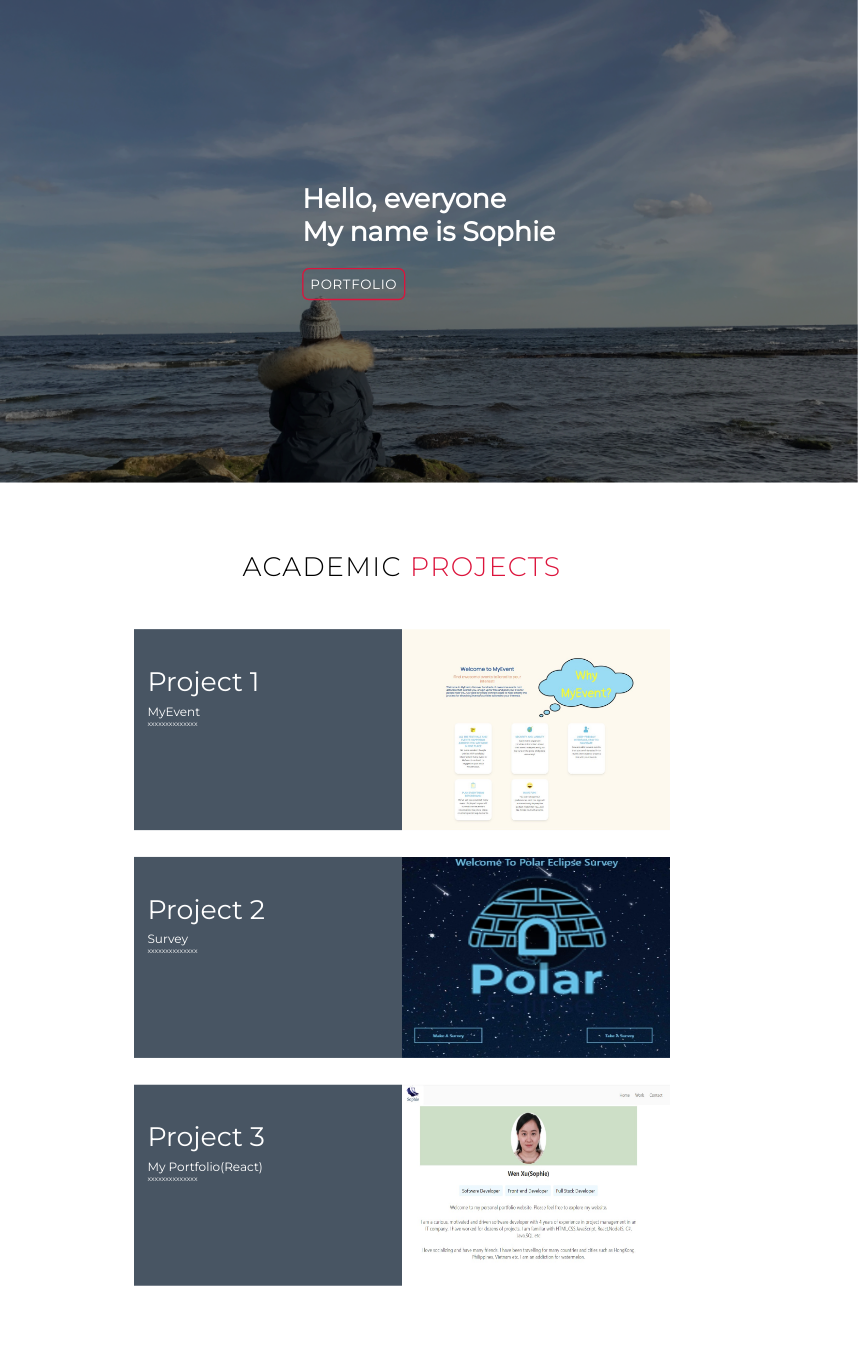
Repository: wenxi0504/StaticWebsite_Profolio
Page: index.html
An editor plug-in stored every save of this project. The page is shown before and after the next save, followed by the edit.
The browser window is 1280 px wide. The pictures show the whole page, at 67% of full size.

Above is the page before, as saved 2022-03-03 22:33:17.

### index.html
<!DOCTYPE html>
<html lang="en">
  <head>
    <meta charset="UTF-8" />
    <meta http-equiv="X-UA-Compatible" content="IE=edge" />
    <meta name="viewport" content="width=device-width, initial-scale=1.0" />
    <link rel="stylesheet" href="style.css" />
    <title>Portfolio</title>
  </head>
  <body>
    <!-- Introduction Section -->
    <section id="myIntro">
      <div class="myIntro container">
        <div class="card">
          <h1>Hello, everyone <span></span></h1>
          <h1>My name is Sophie <span></span></h1>
          <a href="#" type="button" class="cta">Portfolio</a>
        </div>
      </div>
    </section>
    <!-- End Introduction Section -->
    <!-- Projects Section -->
    <section id="projects">
      <div class="projects container">
        <div class="projects-header">
          <h1 class="section-title">Academic <span>Projects</span></h1>
        </div>
        <div class="all-projects">
          <div class="project-item">
            <div class="project-info">
              <h1>Project 1</h1>
              <h2>MyEvent</h2>
              <p>xxxxxxxxxxxxxx</p>
            </div>
            <div class="project-img">
              <img src="./images/MyEventCover1.jpg" alt="MyEventImg">
            </div>
          </div>
          <div class="project-item">
            <div class="project-info">
              <h1>Project 2</h1>
              <h2>Survey</h2>
              <p>xxxxxxxxxxxxxx</p>
            </div>
            <div class="project-img">
              <img src="./images/EclipseSurvey.jpg" alt="SurveyImg">
            </div>
          </div>
          <div class="project-item">
            <div class="project-info">
              <h1>Project 3</h1>
              <h2>My Portfolio(React)</h2>
              <p>xxxxxxxxxxxxxx</p>
            </div>
            <div class="project-img">
              <img src="./images/MyPortfolioReact.jpg" alt="MyPortfolioReactImg">
            </div>
          </div>
        </div>
      </div>
    </section>
    <!-- End  Projects Section -->
  </body>
</html>

### style.css
/* import custom font from GoogleFonts */
@import "https://fonts.googleapis.com/css?family=Montserrat:300, 400, 700&display=swap";
* {
  margin: 0px;
  padding: 0px;
  box-sizing: border-box;
}

html {
  font-size: 10px;
  font-family: "Montserrat", sans-serif;
}

a {
  text-decoration: none;
}

.container {
  min-height: 100vh;
  width: 100%;
  display: flex;
  align-items: center;
  justify-content: center;
}

/* myIntro section */
#myIntro {
  background-image: url(./images/ProfolioBackground.jpg);
  background-size: cover;
  background-position: top center;
  position: relative;
  z-index: 0;

}

/* background blurring */
#myIntro ::after {
  content: '';
  position: absolute;
  left: 0px;
  top: 0px;
  height: 100%;
  width: 100%;
  background-color:black;
  opacity: 10%;
  z-index: -1;
}

/* setup the max-width window */
#myIntro .myIntro{
max-width: 1200px;
margin: 0 auto;
padding: 0 50px;
justify-content: center;
}



#myIntro h1 {
  display: block;
  width: fit-content;
  font-size: 4rem;
  color: white;
  /* animation: text_reveal 0.5s ease forwards;
  animation-delay: 1s; */


}

/* #myIntro h1:nth-child(1){

  animation-delay:1s;
}

#myIntro h1:nth-child(2){

  animation-delay:2s;
}

#myIntro h1 span{
position: absolute;
top:0;
left:0;
height: 100%;
width: 0;
background-color:crimson;
animation: text_reveal_box 1s ease;
animation-delay:0.5s

}

#myIntro h1:nth-child(1) span {
	animation-delay: 0.5s;
}
#myIntro h1:nth-child(2) span {
	animation-delay: 1.5s;
} */

#myIntro .cta {
  display: inline-block;
  padding: 1rem 1rem;
  color: white;
  background-color: transparent;
  border: 2px solid crimson;
  border-radius: 10px;
  font-size: 2rem;
  text-transform: uppercase;
  letter-spacing: 0.1rem;
  margin-top: 30px;
  transition: 0.3s ease;
  transition-property: background-color;
}

#myIntro .cta:hover {
  background-color: crimson;
}

/* end myIntro section */

/* keyframes */
/* @keyframes text_reveal_box {
	50% {
		width: 100%;
		left: 0;
	}
	100% {
		width: 0;
		left: 100%;
	}
}
@keyframes text_reveal {
	100% {
		color: white;
	}
} */

/* Project Section */
.section-title {
	font-size: 4rem;
	font-weight: 300;
	color: black;
	margin-bottom: 10px;
	text-transform: uppercase;
	letter-spacing: 0.2rem;
	text-align: center;
}
.section-title span {
	color: crimson;
}

#projects .projects{
  flex-direction: column;
  max-width: 1200px;
  margin: 0,auto;
  padding: 100px 0;

}

#projects .projects-header h1{
  margin-bottom: 50px;
}

#projects .all-projects{
  display:flex;
  flex-direction: column;
  justify-content: center;
  align-items:center;
}

#projects .project-item{
  display: flex;
  /* flex-direction: column; */
  justify-content: center;
  align-items:center;
  width:100%;
  height:300px;
  margin: 20px auto;
  /* overflow: hidden;
  border: radius 200px; */
  border: box 20px  solid;

}

#projects .project-info{
  display: flex;
  flex-direction: column;
  justify-content: center;
  align-items:flex-start;
  padding: 20px;
  flex-basis: 50%;
  width: 400px;
  height: 100%;
  background-image:linear-gradient(60deg,#29323c, 0%, #485563 100%);
  color:white;
}

#projects .project-info h1 {
  margin-top: -100px;
	font-size: 4rem;
	font-weight: 500;
}
#projects .project-info h2 {
	font-size: 1.8rem;
	font-weight: 500;
	margin-top: 10px;
}
#projects .project-info p {
	color: white;
}

#projects .project-img {
	flex-basis: 50%;
  width:400px;
	height: 300px;
	overflow: hidden;
	position: relative;
}

#projects .project-img img{
  width:100%;
  height: 100%;
}

/* #projects .project-img:after {
	content: '';
	position: absolute;
	left: 0;
	top: 0;
	height: 100%;
	width: 100%;
	background-image: linear-gradient(60deg, #29323c 0%, #485563 100%);
	opacity: 0.7;
}
#projects .project-img img {
	transition: 0.3s ease transform;
}
#projects .project-item:hover .project-img img {
	transform: scale(1.1);
} */

After the next save:
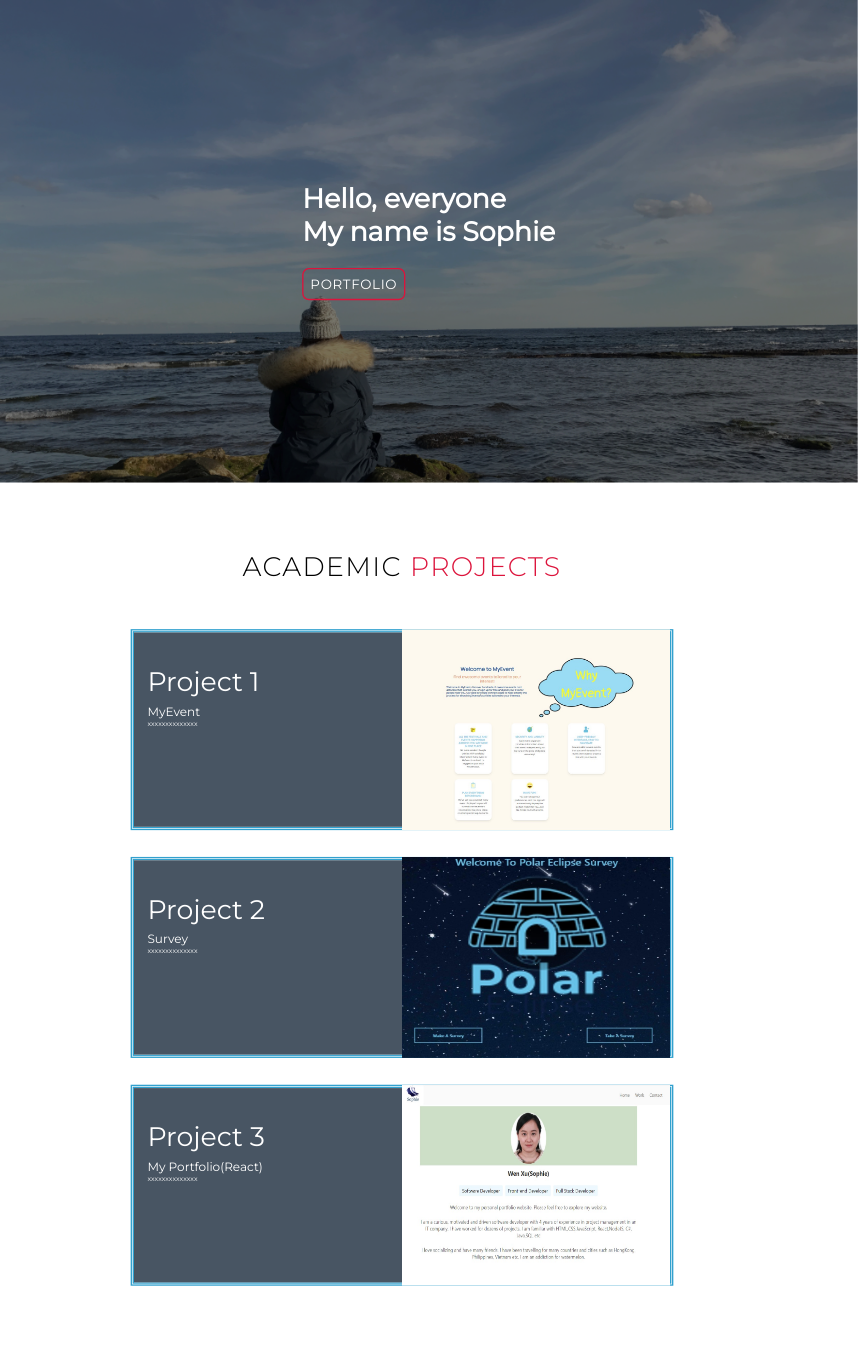
Saved 46 s later.
--- a/style.css
+++ b/style.css
@@ -177,7 +177,7 @@ animation-delay:0.5s
   margin: 20px auto;
   /* overflow: hidden;
   border: radius 200px; */
-  border: box 20px  solid;
+  border: thick double #32a1ce;
 
 }
 
